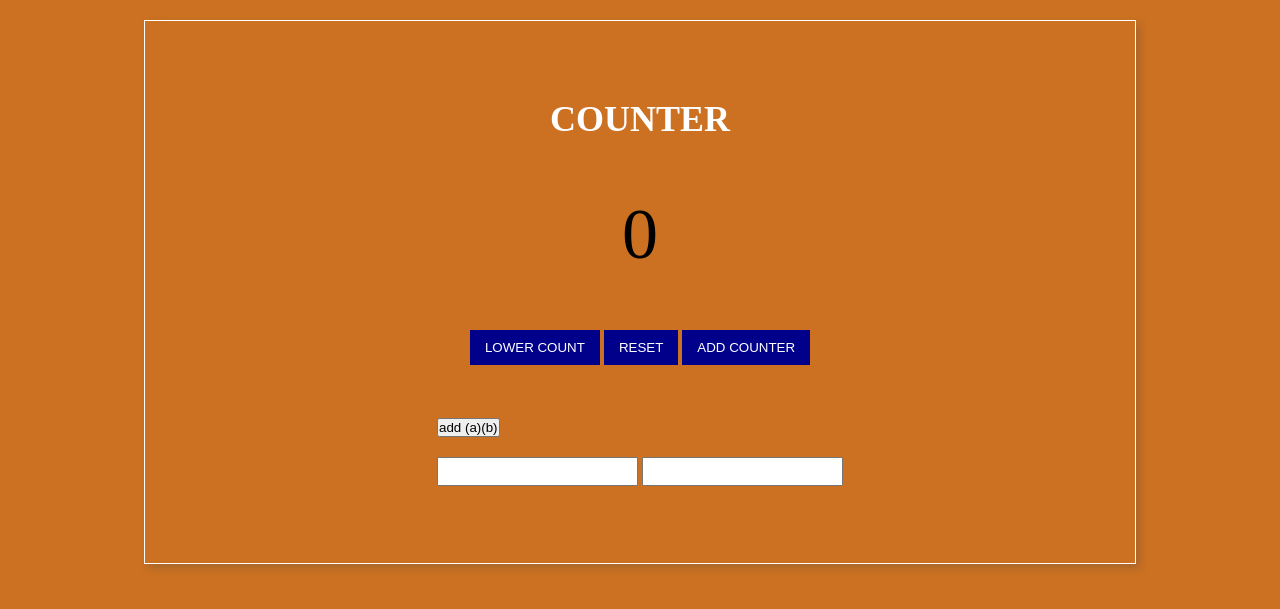
Repository: lusine-tech/counter
Page: index.html
These files come from the project's save history. The page is drawn as it stood at one moment and after the next save; the edit follows.
The browser window is 1280 px wide. The pictures show the whole page.

Above is the page before, as saved 2022-02-15 00:01:51.

### index.html
<!DOCTYPE html>
<html lang="en">

<head>
    <meta charset="UTF-8">
    <meta http-equiv="X-UA-Compatible" content="IE=edge">
    <meta name="viewport" content="width=device-width, initial-scale=1.0">
    <link rel="stylesheet" href="style.css">
    <title>counter</title>
</head>

<body>
    <section class="background">
        <div class="block">
            <h3 class="title">Counter</h3>
            <p class="num" id="value">0</p>
            <div class="buttons">
                <button class="btn" id="decrease">lower count</button>
                <button class="btn" id="reset">reset</button>
                <button class="btn" id="increase">add Counter</button>
            </div>
            <div class="inputs">
                <button class="sum">add (a)(b) </button>
                <div class="result"></div>
                <input type="number" class="left-number">
                <input type="number" class="right-number">
            </div>
        </div>
    </section>
    <script src="/script.js"></script>
</body>

</html>

### style.css
* {
    margin: 0;
    padding: 0;
    box-sizing: border-box;
}

.background {
    height: 100vh;
    width: 100vw;
    background-color: #cb7121;
    display: flex;
    justify-content: center;
    padding: 20px;
}

.block {
    display: flex;
    align-items: center;
    justify-content: space-around;
    flex-direction: column;

    height: 80%;
    width: 80%;
    border: 1px solid #fff;
    padding: 50px 20px;
    -webkit-box-shadow: 4px 4px 8px 0px rgba(34, 60, 80, 0.2);
    -moz-box-shadow: 4px 4px 8px 0px rgba(34, 60, 80, 0.2);
    box-shadow: 4px 4px 8px 0px rgba(34, 60, 80, 0.2);
}

.title {
    color: #fff;
    font-size: 36px;
    text-transform: uppercase;
}

.num {
    font-size: 72px;
}

input {
    padding: 5px 10px;
    outline: none;
}

.btn {
    padding: 10px 15px;
    color: #fff;
    cursor: pointer;
    transition: 0.5s ease;
    border: none;
    outline: none;
    background-color: #00008B;
    text-transform: uppercase;
}

.btn:hover {
    background-color: #303f9f;
}

.sum {
    text-align: center;
    margin-bottom: 20px;
}

### script.js
const decrease = document.querySelector("#decrease");
const increase = document.querySelector("#increase");
const reset = document.querySelector("#reset");
const num = document.querySelector("#value");
const leftNumber = document.querySelector(".left-number");
const righNumber = document.querySelector(".right-number");
const sum = document.querySelector(".sum");
 let leftInputValue = leftNumber.value;
 //document.querySelector(".left-input").innerHTML = leftInput;
 let rightInputValue = righNumber.value;
 //document.querySelector(".right-input").innerHTML = rightInput;
 const result = document.querySelector(".result");



let integer = 0;
decrease.addEventListener("click", function () {
    integer -= 1;
    num.innerHTML = integer;
});

increase.addEventListener("click", function () {
    integer += 1;
    num.innerHTML = integer;
});

reset.addEventListener("click", function () {
    integer = 0;
    num.innerHTML = integer;
});


function add(a) {

    return function innerFunc(b) {

return a + b;
    }
};




sum.addEventListener("click", function () {
    console.log("hello")
    console.log(add(leftInputValue)(rightInputValue));
  result.innerText = "=" + add(leftInputValue)(rightInputValue);


});

After the next save:
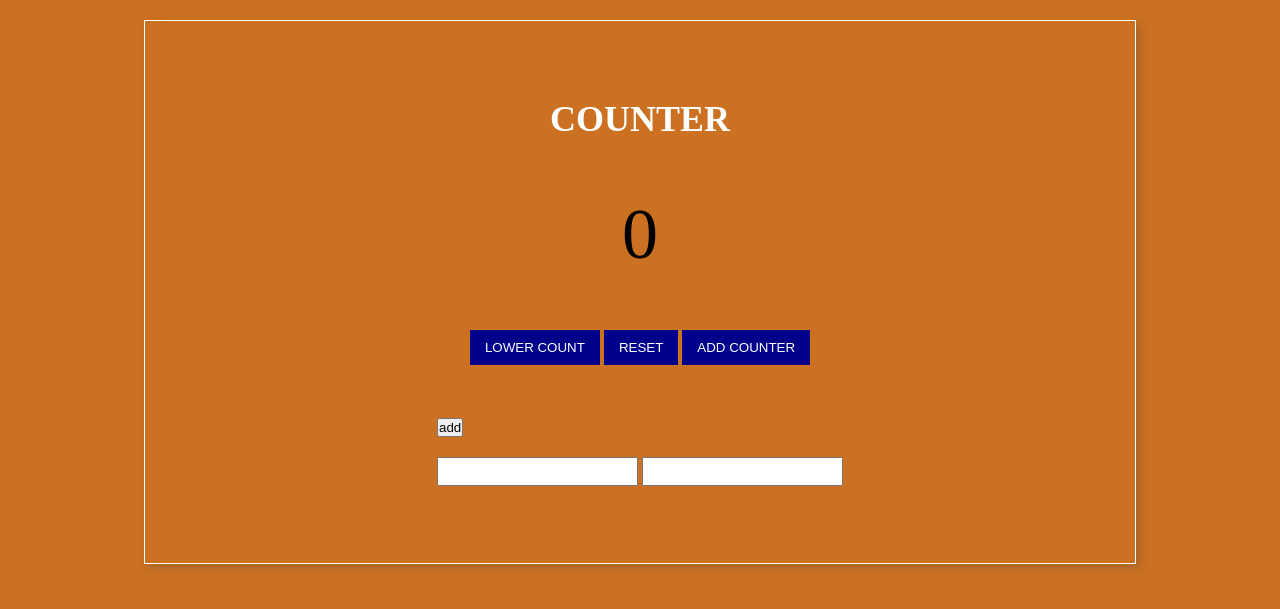
Saved 98 s later.
--- a/index.html
+++ b/index.html
@@ -20,7 +20,7 @@
                 <button class="btn" id="increase">add Counter</button>
             </div>
             <div class="inputs">
-                <button class="sum">add (a)(b) </button>
+                <button class="sum">add  </button>
                 <div class="result"></div>
                 <input type="number" class="left-number">
                 <input type="number" class="right-number">
